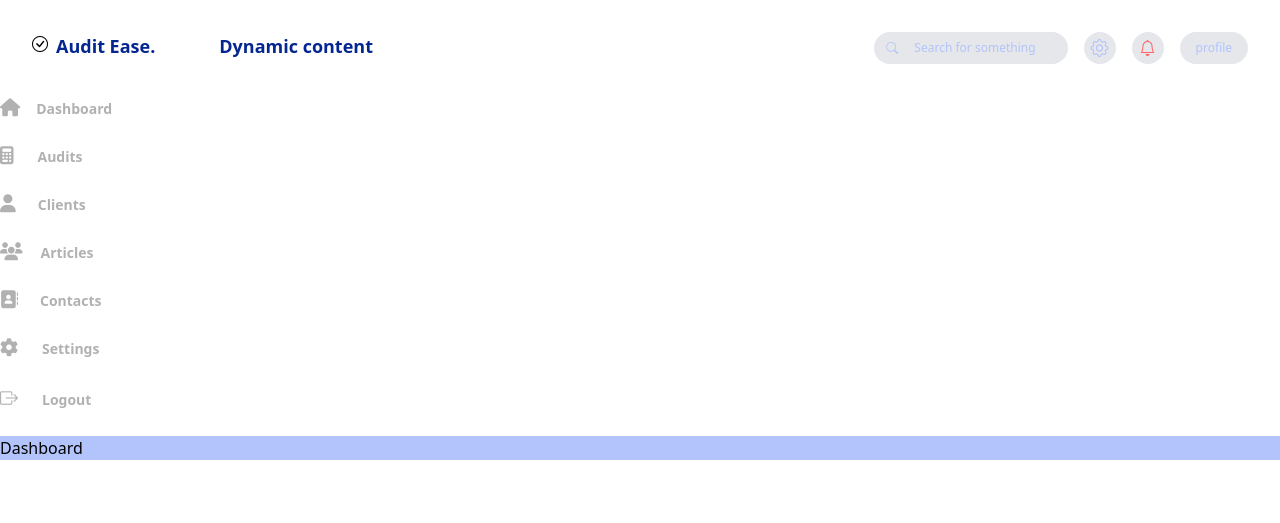
Repository: EclipticCode/Audit-Ease-FE
Page: /
The author's editor kept a copy of each file at every save. The page is drawn from the files as they stood at one save, then again after the next save.
The browser window is 1280 px wide. The pictures show the whole page.
Some web libraries are served in a nearby version. The project was rebuilt for these pictures with package versions that can differ from the ones it lists, and the page was loaded fresh each time. Also part of the build but not shown: vite.config.js, Login.jsx, src/Navbar.jsx, src/Pages/Audits.jsx.

Above is the page before, as saved 2025-03-27 22:36:08.

### index.html
<!doctype html>
<html lang="en">
  <head>
    <meta charset="UTF-8" />
    <link rel="icon" type="image/svg+xml" href="" />
    <meta name="viewport" content="width=device-width, initial-scale=1.0" />
    <title>Audit Ease</title>
     <!-- Bootstrap Icon link-->
     <link
     rel="stylesheet"
     href="https://cdn.jsdelivr.net/npm/bootstrap-icons@1.11.3/font/bootstrap-icons.min.css"
   />
    <!-- Font awesome CDN -->
    <link rel="stylesheet" href="https://cdnjs.cloudflare.com/ajax/libs/font-awesome/6.6.0/css/all.min.css">
  </head>
  <body>
    <div id="root"></div>
    <script type="module" src="/src/main.jsx"></script>
  </body>
</html>

### src/main.jsx
import React from "react";
import ReactDOM from "react-dom/client";
import App from "./App";
import "./index.css"; // Ensure Tailwind styles are imported
import { BrowserRouter } from "react-router-dom";

ReactDOM.createRoot(document.getElementById("root")).render(
  <React.StrictMode>
      <BrowserRouter>
        <App />
      </BrowserRouter>
  </React.StrictMode>
);

### src/App.jsx
import React from 'react'
import Login from '../Login'
import Navbar from './Navbar'
import NavandSideBar from './NavandSideBar'
import Dashboard from './Pages/Dashboard'
import Audits from './Pages/Audits'
import { Route, Routes } from 'react-router-dom'

const App = () => {
  return (
   <div>
      <NavandSideBar/>
      <Routes>
        <Route path='/' element={<Dashboard/>}></Route>
        <Route path='/audits' element={<Audits/>}></Route>
      </Routes>
   </div>
  )
}

export default App

### src/index.css
@import url('https://fonts.googleapis.com/css2?family=Roboto:ital,wght@0,100..900;1,100..900&display=swap');

@import "tailwindcss";

@theme {
  --font-roboto: "Roboto", sans-serif;
  --font-weight-light: 300;
  --font-weight-normal: 400;
  --font-weight-medium: 500;
  --font-weight-semibold: 600;
  --font-weight-bold: 700;
  --color-soft-primary: #B2C4FB;
  --color-light-primary: #053ADA;
  --color-dark-primary: #032691;
  --color-deep-primary: #021655;
  --color-soft-secondary: #FFFFFF;
  --color-light-secondary: #B1B1B1;
  --color-dark-secondary: #263238;
  --color-deep-secondary: #000000;

}

### src/NavandSideBar.jsx
import React from 'react'
import { Link } from 'react-router-dom'

const NavandSideBar = () => {
  return (
    <div className='m-8'>
        <div className='flex flex-row justify-between'>
            <div className='flex'>
            <span><i className="bi bi-check-circle pr-2"></i></span>
            <div className='font-bold text-lg text-dark-primary'>Audit Ease.</div>
            <div className='ml-16 font-bold text-lg text-dark-primary'>Dynamic content</div>
            </div>
            <div className='flex space-x-4'>
            <div className="bg-gray-200 flex items-center justify-center rounded-full text-xs pl-3 pr-8 py-4 w-auto h-4 text-soft-primary">
              <span><i className="bi bi-search pr-4"></i></span> <span>Search for something</span>
            </div>
            <div className="bg-gray-200 flex items-center justify-center rounded-full text-lg p-4 w-8 h-4  text-soft-primary"><i className="bi bi-gear"></i></div>
            <div className="bg-gray-200 flex items-center justify-center rounded-full text-md p-4 w-8 h-4 text-red-400"><i className="bi bi-bell"></i></div>
            <div className="bg-gray-200 flex items-center justify-center rounded-full text-xs p-4 w-auto h-4 text-soft-primary">profile</div>
            </div>
        </div>
    </div>
  )
}

export default NavandSideBar

### src/Pages/Dashboard.jsx
import React from 'react'
import { Link } from 'react-router-dom'

const Dashboard = () => {
  return (
    <div className='grid gridm-8'>
      <div>
        <div className='flex flex-col text-light-secondary'>
            <div className='mb-6'>
            <button>
            <span><i className="fa-solid fa-house mr-4 text-lg"></i></span><span className='font-semibold text-sm'>
                <Link to={`/`}>Dashboard</Link>
                </span></button>
            </div>
            <div className='mb-6'><span><i className="fa-solid fa-calculator mr-6 text-lg"></i></span><span className='font-semibold text-sm'><Link to={`/audits`}>Audits</Link></span></div>
            <div className='mb-6'><span><i className="fa-solid fa-user mr-5.5 text-lg"></i></span><span className='font-semibold text-sm'>Clients</span></div>
            <div className='mb-6'><span><i className="fa-solid fa-users mr-4.5 text-lg"></i></span><span className='font-semibold text-sm'>Articles</span></div>
            <div className='mb-6'><span><i className="fa-solid fa-address-book mr-5.5 text-lg"></i></span><span className='font-semibold text-sm'>Contacts</span></div>
            <div className='mb-6'><span><i className="fa-solid fa-gear mr-6 text-lg"></i></span><span className='font-semibold text-sm'>Settings</span></div>
            <div className='mb-6'><span><i className="bi bi-box-arrow-right mr-6 text-lg"></i></span><span className='font-semibold text-sm'>Logout</span></div>
        </div>
        </div>
      <div className='bg-soft-primary'>Dashboard</div>
    </div>
  )
}

export default Dashboard

After the next save:
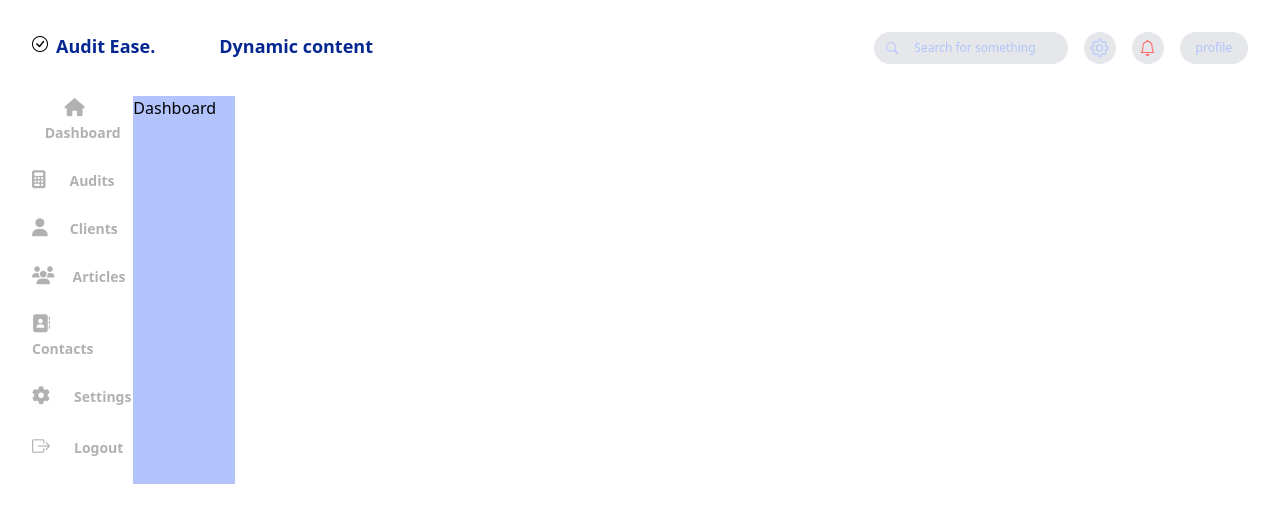
Saved 4 s later.
--- a/src/Pages/Dashboard.jsx
+++ b/src/Pages/Dashboard.jsx
@@ -3,7 +3,7 @@ import { Link } from 'react-router-dom'
 
 const Dashboard = () => {
   return (
-    <div className='grid gridm-8'>
+    <div className='grid grid-cols-12 m-8'>
       <div>
         <div className='flex flex-col text-light-secondary'>
             <div className='mb-6'>
